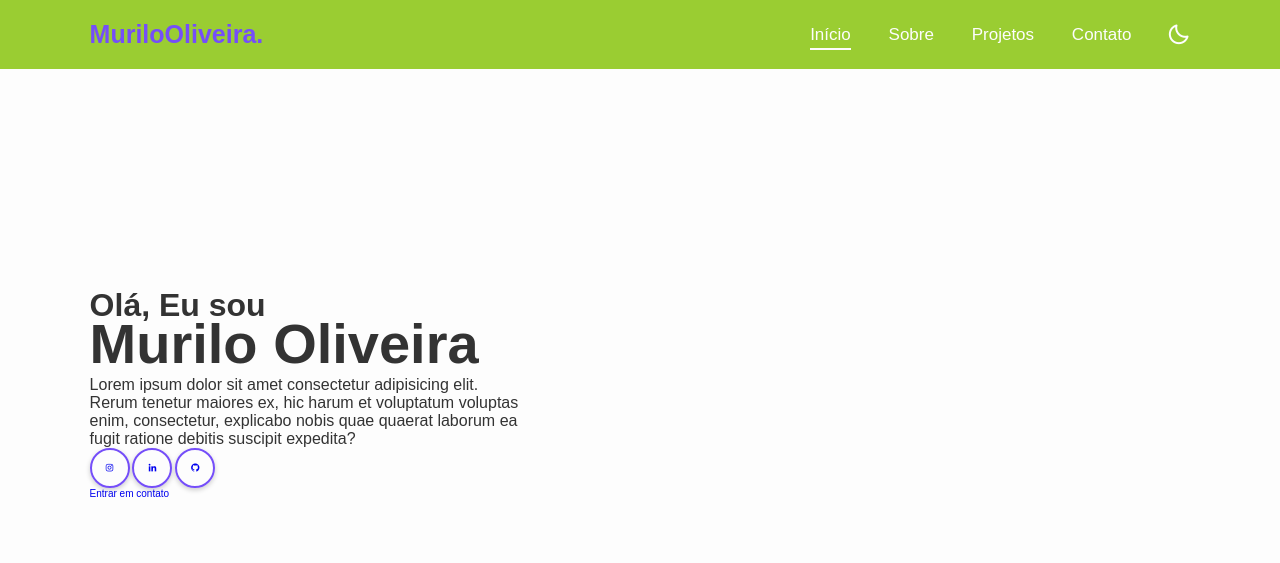
Repository: devMuriloOliveira/Portfolio-
Page: index.html
The author's editor kept a copy of each file at every save. The page is drawn from the files as they stood at one save, then again after the next save.
The browser window is 1280 px wide. The pictures show the whole page.

Above is the page before, as saved 2023-03-10 16:12:17.

### index.html
<!DOCTYPE html>
<html lang="en">
  <head>
    <meta charset="UTF-8" />
    <meta http-equiv="X-UA-Compatible" content="IE=edge" />
    <meta name="viewport" content="width=device-width, initial-scale=1.0" />
    <title>Murilo Oliveira</title>

    <!--box icons-->
    <link
      href="https://unpkg.com/boxicons@2.1.4/css/boxicons.min.css"
      rel="stylesheet"
    />

    <!--font-->
    <link
      rel="stylesheet"
      href="https://fonts.googleapis.com/css2?family=Material+Symbols+Outlined:opsz,wght,FILL,GRAD@20..48,100..700,0..1,-50..200"
    />

    <!--css-->
    <link rel="stylesheet" href="style.css" />
  </head>
  <body>
    <header class="header">
      <a class="logo" href="#">Murilo<span>Oliveira</span>.</a>

      <nav class="navbar">
        <a href="#inicio" class="active">Início</a>
        <a href="#sobre">Sobre</a>
        <a href="#projetos">Projetos</a>
        <a href="#contato">Contato</a>
      </nav>

      <div class="bx bx bx-moon" id="darkMode-icon"></div>
    </header>

    <section class="inicio" id="inicio">
      <div class="inicio-content">
        <h3>Olá, Eu sou</h3>
        <h1>Murilo Oliveira</h1>
        <p>
          Lorem ipsum dolor sit amet consectetur adipisicing elit. Rerum tenetur
          maiores ex, hic harum et voluptatum voluptas enim, consectetur,
          explicabo nobis quae quaerat laborum ea fugit ratione debitis suscipit
          expedita?
        </p>

        <div class="social-media">
          <a href="#"><i class="bx bxl-instagram"></i></a>
          <a href="#"><i class="bx bxl-linkedin"></i></a>
          <a href="#"><i class="bx bxl-github"></i></a>
        </div>

        <a href="#" class="btn">Entrar em contato</a>
      </div>
    </section>
    <script src="js/script.js"></script>
  </body>
</html>

### style.css
*{
  margin: 0;
  padding: 0;
  box-sizing: border-box;
  text-decoration: none;
  border: none;
  outline: none;
  scroll-behavior: smooth;
  font-family: 'Poppins', sans-serif;
}

:root{
  --bg-color: #fdfdfd;
  --text-color: #333;
  --main-color: #754ef9;
  --white-color: #fdfdfd;
  --shadow-color: rgba(0, 0, 0, .2);
}

html{
  font-size: 62.5%;
  overflow-x: hidden;
}

body{
  background: var(--bg-color);
  color: var(--text-color);
}

.header{
  position: fixed;
  top: 0;
  left: 0;
  width: 100%;
  padding: 2rem 7%;
  background: yellowgreen;
  display: flex;
  align-items: center;
  z-index: 100;
}

.logo{
  font-size: 2.5rem;
  color: var(--main-color);
  font-weight: 600;
  cursor: default;
  margin-right: auto;
}

.navbar a{
  position: relative;
  font-size: 1.7rem;
  color: var(--white-color);
  font-weight: 500;
  margin-right: 3.5rem;
}

.navbar a.active::before{
  content: '';
  position: absolute;
  left: 0;
  bottom: -6px;
  width: 100%;
  height: .2rem;
  background: var(--white-color);
}

#darkMode-icon{
  font-size: 2.4rem;
  color: var(--white-color);
  cursor: pointer;
}

section{
  min-height: 100vh;
  padding: 10rem 7% 2rem;
}

.inicio{
  display: flex;
  align-items: center;
}

.inicio .inicio-content{
  max-width: 44rem;
}

.inicio-content h3{
  font-size: 3.2rem;
  font-weight: 700;
  line-height: .3;
}

.inicio-content h1{
  font-size: 5.6rem;
  font-weight: 700;
}

.inicio-content p{
  font-size: 1.6rem;
}

.inicio-content .social-media a{
  display: inline-flex;
  justify-content: center;
  align-items: center;
  width: 4rem;
  height: 4rem;
  background: transparent;
  border: .2rem solid var(--main-color);
  border-radius: 50%;
  box-shadow: 0 .2rem .5rem var(--shadow-color);
}

Loaded but not shown: js/script.js (no stored copy; drawn as an empty file)

After the next save:
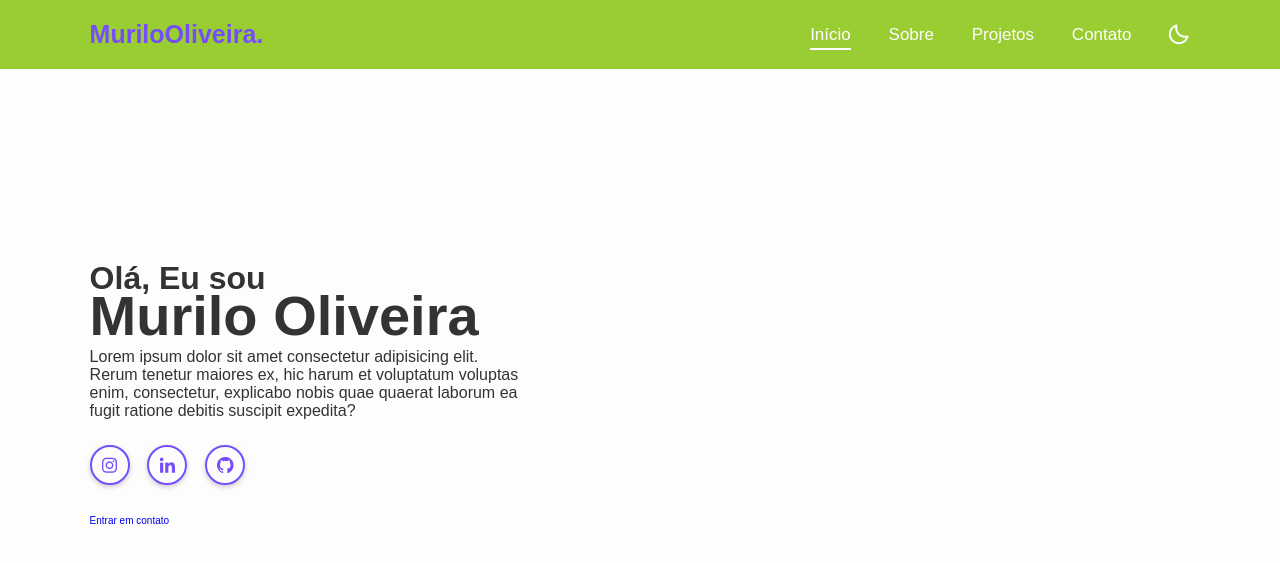
Saved 79 s later.
--- a/style.css
+++ b/style.css
@@ -110,4 +110,7 @@ section{
   border: .2rem solid var(--main-color);
   border-radius: 50%;
   box-shadow: 0 .2rem .5rem var(--shadow-color);
+  font-size: 2rem;
+  color: var(--main-color);
+  margin: 2.5rem 1.5rem 3rem 0;
 }
